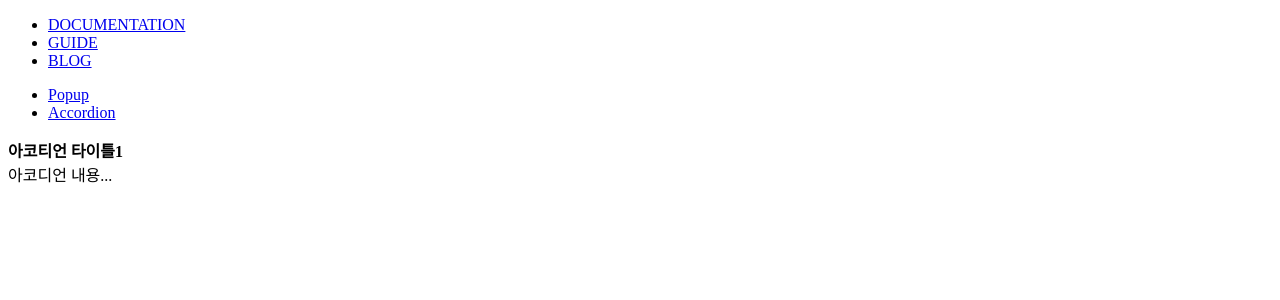
Repository: greeda/UIComponents
Page: src/html/index.html
An editor plug-in stored every save of this project. The page is shown before and after the next save, followed by the edit.
The browser window is 1280 px wide. The pictures show the whole page.

Above is the page before, as saved 2023-10-16 04:25:53.

After the next save:
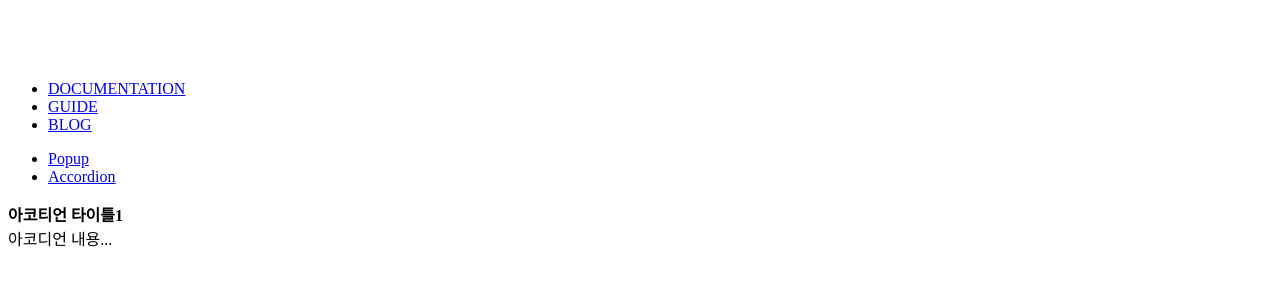
Saved 87 s later.
--- a/src/html/index.html
+++ b/src/html/index.html
@@ -9,6 +9,11 @@
   <div id="wrap">
     <div id="container">
       <header id="header">
+        <h1 class="logo">
+          <a href="#">
+            <img src="" alt="">
+          </a>
+        </h1>
         <nav class="header-nav">
           <ul class="header-nav-list">
             <li>
